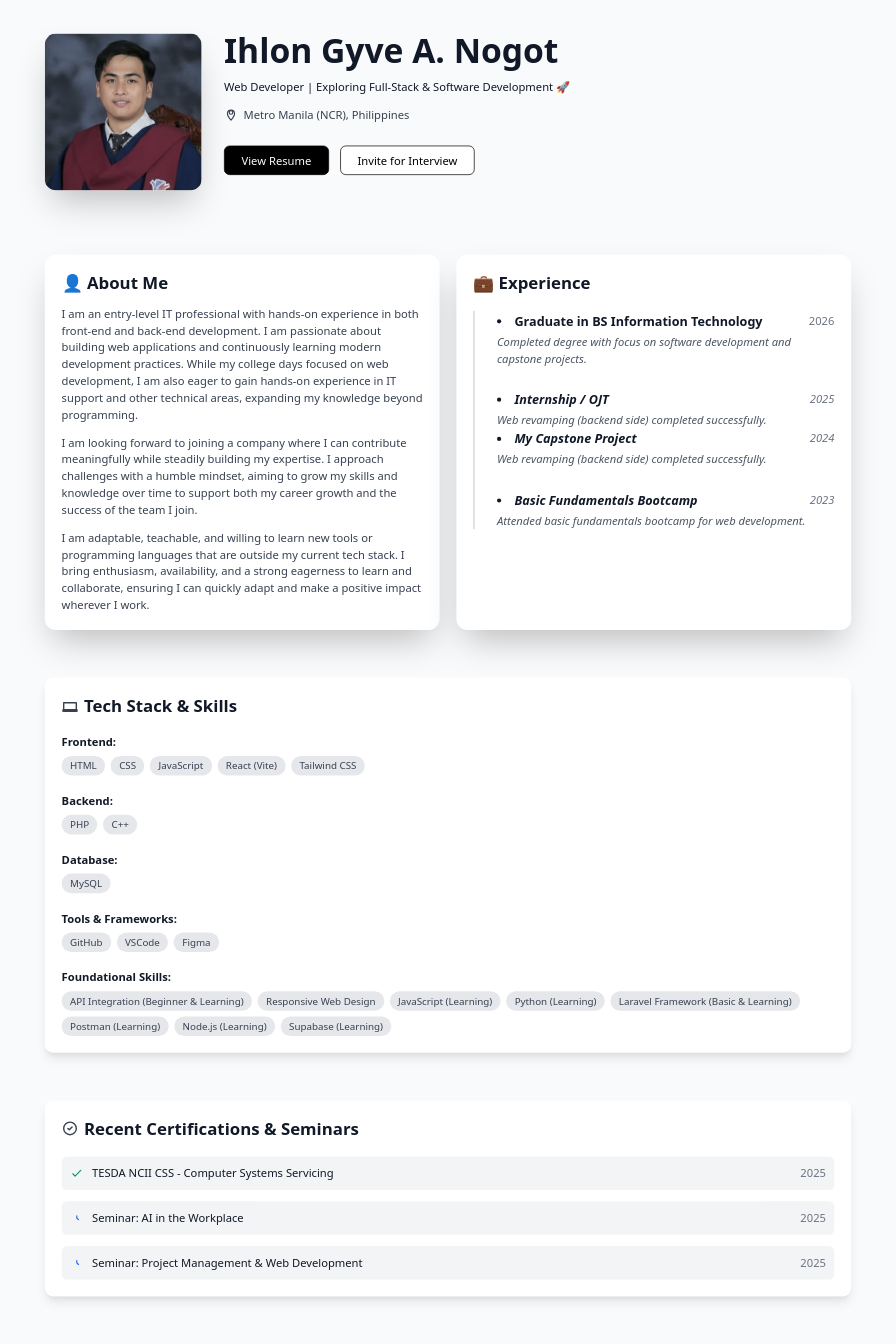
Repository: MeekSharkdev/cv-portfolio
Page: index.html
These files come from the project's save history. The page is drawn as it stood at one moment and after a run of saves; the edit follows.
The browser window is 1280 px wide. The pictures show the part of the page from y = 0 to 1920 px (the page is 2616 px tall), at 70% of full size.
A picture or video elsewhere on the page could not be fetched, so the positions and the page height are approximate.

Above is the page before, as saved 2026-01-31 20:31:23.
Not found: styles.css

After the next 2 saves:
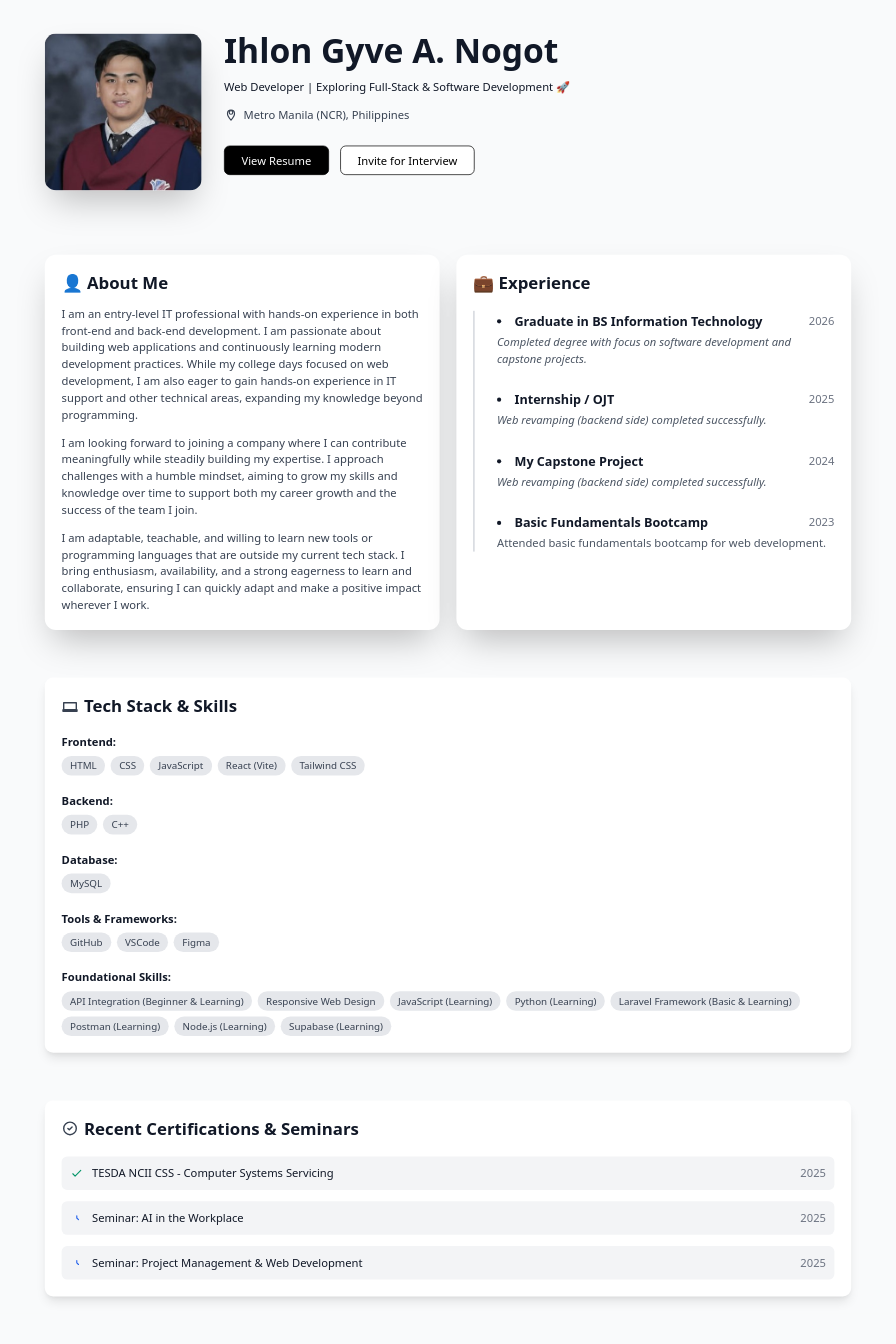
The 2 saves are shown as one change because they came seconds apart.
The last was saved 7 s later.
--- a/index.html
+++ b/index.html
@@ -115,7 +115,7 @@
                         <span class="text-gray-500">2026</span>
                     </div>
                     <p class="text-gray-600 mt-1"><i>Completed degree with focus on software development and capstone
-                        projects.</p>
+                        projects.</i></p>
                 </div>
 
                 <!-- Internship / OJT -->
